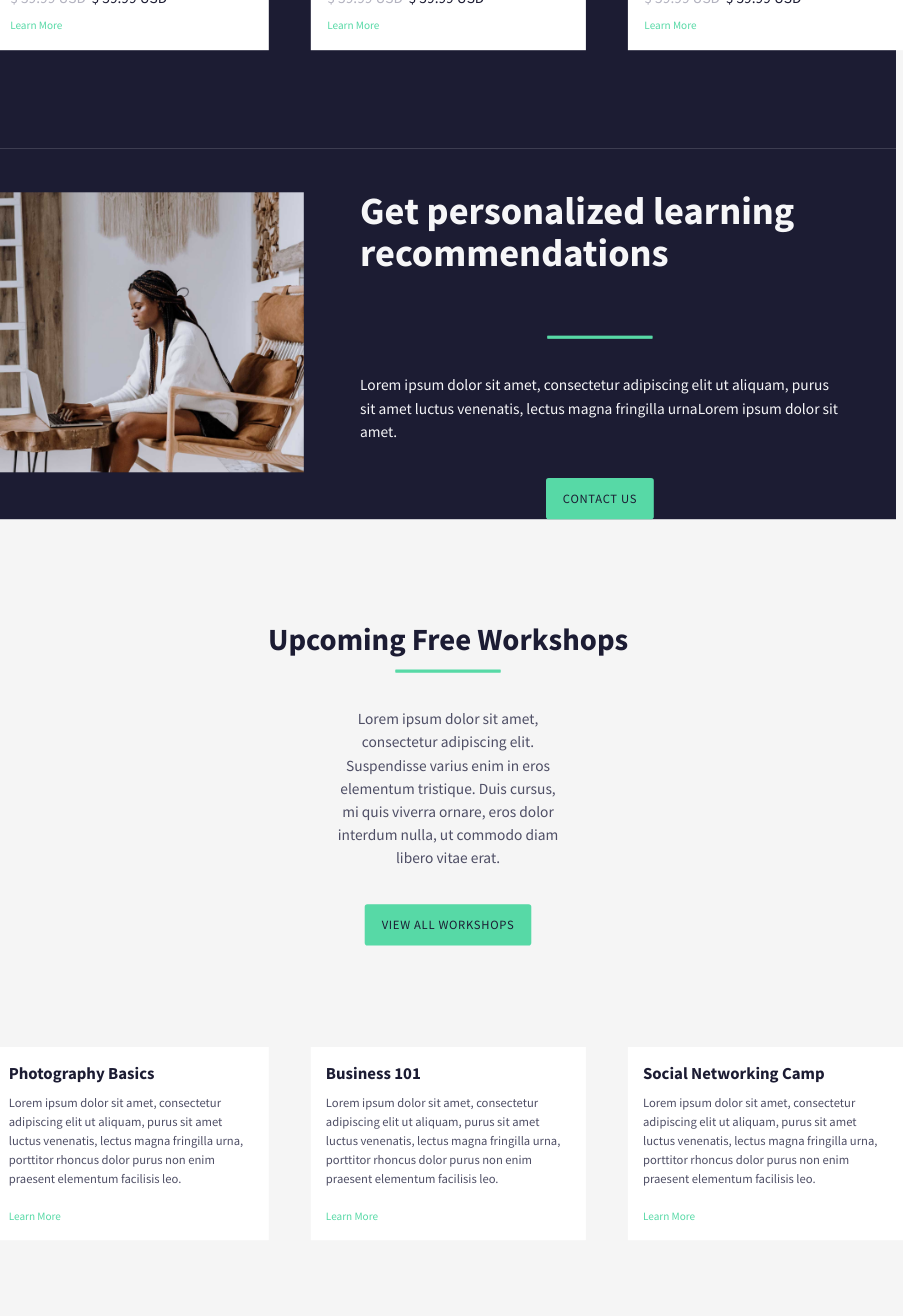
Repository: saidabbasun/skillz
Page: /
The author's editor kept a copy of each file at every save. The page is drawn from the files as they stood at one save, then again after a run of saves.
The browser window is 1280 px wide. The page is 1290 px wide, so the pictures cover 1290 px, including what lies to the right of the window. The pictures show the part of the page from y = 2104 to 3984 px (the page is 4526 px tall before and 4476 px after), at 70% of full size.
The project was rebuilt for these pictures with package versions that can differ from the ones it lists, and the page was loaded fresh each time.

Above is the page before, as saved 2022-06-13 14:51:15.

### public/index.html
<!DOCTYPE html>
<html lang="en">
  <head>
    <meta charset="utf-8" />

    <meta name="viewport" content="width=device-width, initial-scale=1" />
    <meta name="theme-color" content="#000000" />
    <link rel="stylesheet" href="https://unicons.iconscout.com/release/v4.0.0/css/line.css">
    <link rel="stylesheet" href="path/to/font-awesome/css/font-awesome.min.css">
    <title>React App</title>
  </head>
  <body>

    <div id="root"></div>

  </body>
</html>

### src/index.js
import React from 'react';
import ReactDOM from 'react-dom/client';
import { BrowserRouter } from "react-router-dom";
import App from './App';


const root = ReactDOM.createRoot(document.getElementById('root'));
root.render(
  <BrowserRouter>
    <App />
  </BrowserRouter>
);

### src/App.js
import Courses from './Components/Courses/Courses';
import Header from './Components/Header';
import Home from './Components/Home';
import Workshops from './Components/Workshops/Workshops';
import './styles/Globl/collection.scss';

function App() {
  return (
    <div>
    <Header/>
    <Home/>
    <Courses/>
    <Workshops/>
    </div>
  );
}

export default App;

### src/Components/Courses/Courses.jsx
import React from "react";
import {Link} from 'react-router-dom'
import Cart from "./Cart";
import ContactUs from '../../assets/images/Contact.png'

const Courses = () => {
  return (
    <div className="container">
        <div className="coursesWrap">

      <div className="coursesTitle">Featured Courses
      <hr className="coursesHr" />
      </div>

      <div className="coursesText">
        Lorem ipsum dolor sit amet, consectetur adipiscing elit. Suspendisse
        varius enim in eros elementum tristique. Duis cursus, mi quis viverra
        ornare, eros dolor interdum nulla, ut commodo diam libero vitae erat.
      </div>
      <Link to={`/`} className="homeBtn ">
      View All Courses
                </Link>
        </div>
        <div className="cartWrap">
       <Cart />
       <Cart/>
       <Cart/>
        </div>
        <div className="contactUs">
          <div className="contactLeftWrap">
          <img src={ContactUs} className='contactImg' alt="Contact us" />
          </div>

          <div className="contactRightWrap">
          <p className='homeTitle'>Get personalized learning recommendations

          </p>
          <hr className="coursesHr" />

                <p className="homeText contactText">Lorem ipsum dolor sit amet, consectetur adipiscing elit ut aliquam, purus sit amet luctus venenatis, lectus magna fringilla urnaLorem ipsum dolor sit amet.</p>

                <Link to={`/`} className="homeBtn">
                Contact Us
                </Link>
            </div>
          </div>
        </div>

  );
};

export default Courses;

### src/Components/Header.jsx
import React from 'react'

import { Link } from 'react-router-dom';
import Logo from '../assets/images/Logo.svg';
const Header = () => {
  return (
    <div>
        <div className="topDiscount">
            <p>One week only—50% off all courses with code 50OFF at checkout</p>
        </div>
        <div className="container">
            <div className="navbar">
                <Link  to={`/`}>
                <img src={Logo} alt="logo" />
                </Link>
                <div className="navbarNav">
                    <div className="navItem">
                        <Link  to={`/`} className='navLink'>Courses</Link>
                    </div>
                    <div className="navItem">
                        <Link  to={`/`} className='navLink'>Free Workshops</Link>
                    </div>
                    <div className="navItem">
                        <Link  to={`/`} className='navLink'>Blog</Link>
                    </div>
                    <div className="navItem">
                        <Link  to={`/`} className='navLink'>About</Link>
                    </div>
                    <div className="navItem">
                        <Link  to={`/`} className='navLink'>Contact</Link>
                    </div>
                </div>
                <div className="storWrapper">
                <Link  to={`/`}>
                <i className ="uil uil-shopping-cart stor"></i>
                </Link>
                     <div className="count">
                        <p>0</p>
                     </div>
                </div>
            </div>
        </div>
    </div>
  )
}

export default Header

### src/Components/Home.jsx
import React from 'react'
import { Link } from 'react-router-dom'

const Home = () => {
  return (
    <div className='container'>
        <div className="row">
            <div className="col5">
                <div className="CourseHome">
                    Featured Course
                </div>
                <p className='homeTitle'>Run your own online learning platform</p>
                <p className="homeText">A deep-dive on the Instagram algorythm, hashtags, content strategy, and branding.</p>
                <p className="homeAfter">Kathryn Murphy</p>
                <Link to={`/`} className="homeBtn">
                Learn More
                </Link>
            </div>
            <div className="col7">
            <div className="waveLine"></div>
                <div className="bgRectangle">

                    <div className="Rectangle1"></div>
                    <div className="Rectangle2"></div>
                    <div className="Rectangle3"></div>


                </div>
            </div>
        </div>

    </div>
  )
}

export default Home

### src/Components/Workshops/Workshops.jsx
import React from 'react'
import {Link} from 'react-router-dom';
import { Swiper, SwiperSlide } from "swiper/react";
import "swiper/css";
import "swiper/css/pagination";
import "swiper/css/navigation";

// import required modules
import { Autoplay, Pagination } from "swiper";


const Workshops = () => {

   const  listCart=[
    'Photography Basics' ,
'Business 101',
'Social Networking Camp']
  return (
    <>
    <div className='container'>
         <div className=" workshopsWrap">

<div className="coursesTitle Title ">Upcoming Free Workshops
<hr className="coursesHr" />
</div>

<div className="coursesText Text">
  Lorem ipsum dolor sit amet, consectetur adipiscing elit. Suspendisse
  varius enim in eros elementum tristique. Duis cursus, mi quis viverra
  ornare, eros dolor interdum nulla, ut commodo diam libero vitae erat.
</div>
<Link to={`/`} className="homeBtn ">
View All Workshops
          </Link>
  </div>
    </div>
    <div className="cartWrap workshopsCart">
   {listCart.map((data ,ind)=>(

       <div key={ind} className="cart">
           <p className="cartTitle">
           {data}
           </p>
           <p className="cartText">
           Lorem ipsum dolor sit amet, consectetur adipiscing elit ut aliquam, purus sit amet luctus venenatis, lectus magna fringilla urna, porttitor rhoncus dolor purus non enim praesent elementum facilisis leo.
           </p>
           <Link to={`/`} className='cartLink'>Learn More</Link>

   </div>
   ))}
   </div>
   <div className="caruselWrapper">
   <Swiper
        spaceBetween={50}
        centeredSlides={true}
        autoplay={{
          delay: 3500,
          disableOnInteraction: false,
        }}
        pagination={{
          clickable: true,
        }}

        modules={[Autoplay, Pagination]}
        className="mySwiper"
      >
        <SwiperSlide>
        <i className="uil uil-star"></i>
            <div className="caruselText">


            “Kate’s courses are a game changer. She’s thorough, organized, and explains things in a no-nonsense way that makes it easy for anyone—beginners to experts—to learn something from her courses and take their game to the next level.”
            </div>
            <div className="caruselAfter">
            James Brown, Influencer
            </div>
        </SwiperSlide>
        <SwiperSlide>
        <i className="uil uil-star"></i>
        <div className="caruselText">

                        “Kate’s courses are a game changer. She’s thorough, organized, and explains things in a no-nonsense way that makes it easy for anyone—beginners to experts—to learn something from her courses and take their game to the next level.”

            “Kate’s courses are a game changer. She’s thorough, organized, and explains things in a no-nonsense way that makes it easy for anyone—beginners to experts—to learn something from her courses and take their game to the next level.”
            </div>
            <div className="caruselAfter">
            James Brown, Influencer
            </div>
        </SwiperSlide>

      </Swiper>
   </div>
    </>
  )
}

export default Workshops

### src/styles/Globl/collection.scss
@import './globl';
@import './variables.scss';
@import './mixin';
@import '../Globl/font-face.scss';
@import '../Header.scss';
@import '../Home.scss';
@import '../Courses.scss';
@import '../Workshops.scss';

### src/Components/Courses/Cart.jsx
import React from 'react'
import {Link} from 'react-router-dom';
import Course from '../../assets/images/Course1.png'
const Cart = () => {
  return (
    <div className='cart'>
   <img className='cartImg' src={Course} alt="img" />
   <div className="cartBody">

      <div className="cartText">
      How to Increase Your Engagement on Instagram
      </div>
      <div className="homeAfter">
      Katie Murphy
      </div>
      <div className="PriceWrap">


      <div className="Price oldPrice">
      $ 59.99 USD
      </div>
      <div className="Price ">
      $ 59.99 USD
      </div>
      </div>
      <Link to={`/`} className='cartLink'>Learn More</Link>
   </div>
    </div>
  )
}

export default Cart

### src/styles/Globl/_globl.scss

@import './variables.scss';
*{
    box-sizing: border-box;
    padding: 0;
    margin: 0;
    font-family:SourceSansProRegular ;
    color: $color_bg_title;
}
body{
    background-color: $color_body;
}
.container{
    margin: 0 auto;


}

### src/styles/Globl/variables.scss
$color_btn:#57D9A6;
$color_body:#F5F5F5;
$color_bg_title:#1C1C33;
$text_footer: #F6F6F8;
$color_text:#4E4E65;
$color_white:#FFFFFF;
$color_cartBg:#FC5468;
$rastangle_size:100px;

### src/styles/Globl/_mixin.scss
@import '../Globl/variables.scss';
@mixin flexbox {
    display: flex;
    align-items: center;
}
@mixin Rectangle($radius,$namber) {

 position: absolute;

    width:  calc(#{$rastangle_size}  *#{$namber});
    height:  calc(#{$rastangle_size}  * #{$namber});
     border-radius: 50%;
     border-top-right-radius: $radius;
     background-color: $color_btn;
     box-shadow: 14px 14px 20px rgba(28, 28, 51, 0.5);
}

### src/styles/Globl/font-face.scss


@font-face {
    font-family: SourceSansProRegular;

    src:  url('../../assets/fontFamily/SourceSansPro-Regular.ttf');
  }
  @font-face {
    font-family: SourceSansProBold;

    src:  url('../../assets/fontFamily/SourceSansPro-Bold.ttf');
  }
  @font-face {
    font-family: SourceSansProItalic;

    src:  url('../../assets/fontFamily/SourceSansPro-Italic.ttf');
  }

### src/styles/Header.scss
@import './Globl/variables.scss';
@import './Globl/mixin';
.topDiscount{
    background-color:$color_btn;
    font-weight: 400;
font-size: 18px;
text-align: center;

padding: 8px 0;

}
.navbar{
    @include flexbox;
    background-color:$color_bg_title;
    justify-content:space-between;
    padding: 24px 82px;
}
.navbarNav{
    @include flexbox;
 column-gap: 40px;
}

.navLink{

    font-weight: 400;
font-size: 17px;
    text-decoration: none;
    color: $text_footer;
}
.storWrapper{
    position: relative;
}
.stor{
    color:$color_white;
    font-size: 40px;


}
.count{
    padding:0  6px;
    background-color: $color_cartBg;
    color: $color_white;
    position: absolute;
    border-radius: 50%;
    font-size: 11px;
    line-height: 18px;
    position: absolute;
    top: 3px;
    right: 0;

}

### src/styles/Home.scss
@import './Globl/variables.scss';
@import './Globl/mixin';
.row{

    padding:0 0 120px 82px;
 @include flexbox;

 background-color: $color_bg_title;
}
.col5{
    width: 35%;

    color: $text_footer;
}
.CourseHome{
   width: 150px;
   padding: 7px 0;
    font-weight: 400;
font-size: 16px;
letter-spacing: 1px;
text-transform: uppercase;
color: $text_footer;
border-bottom: 2px solid $color_btn;
}
.homeTitle{
    font-family: SourceSansProBold;
    padding: 59px 0 22px;
    font-weight: 700;
font-size: 55px;
line-height: 60px;
color: $text_footer;
}
.homeText{
    line-height: 33px;
font-weight: 400;
font-size: 22px;
color: $text_footer;
}
.homeAfter{
    margin: 22px 0 48px ;
    font-weight: 400;
font-size: 17px;
line-height: 27px;
color: #B2B2BF;
}
.homeBtn{

    font-weight: 400;
font-size: 18px;
line-height: 27px;
padding: 16px 24px;
letter-spacing: 1px;
text-transform: uppercase;
background-color: $color_btn;
color: $color_bg_title;
text-decoration: none   ;
border-radius: 4px;
}

.col7{
    position: relative;
    width: 60%;

    padding-top: 200px;
}

.bgRectangle{
position: relative;

 margin: 0 auto;
   width:calc(#{$rastangle_size} * 6.2);
    height: calc(#{$rastangle_size}  * 6.2);
    filter: drop-shadow(21px 21px 30px rgba(28, 28, 51, 0.4));
    border-radius: 50%;
    border-top-left-radius: 8px;

    background-image: url(../assets/images/homeImg.png);
}
    .waveLine{
      position: absolute;
      top: 150px;
      left: 90px;
        width: calc(#{$rastangle_size} * 3.5);
        height:calc(#{$rastangle_size}*2.38);
        background-image: url(../assets/images/Line.png);
        background-repeat: repeat-y;
        background-position: center;
    }
    .Rectangle1{
        @include Rectangle(6px,1) ;
      transform: rotate(-90deg);
        top: -50px;
        left: 300px;
    }
    .Rectangle2{
        @include Rectangle(16px,1.5) ;
       top: -20px;
       right: 45px;

    }
    .Rectangle3{
        @include Rectangle(36px,3.4) ;
        right: -100px;
        bottom: 20px;
    }

### src/styles/Courses.scss
@import './Globl/variables.scss';
.coursesWrap{
    background-color: $color_bg_title;
    padding: 80px 82px;
    display: flex;
    justify-content: center;
    flex-direction: column;
    align-items: center;
}
.coursesTitle{
    font-family: SourceSansProBold;
    color:$text_footer ;
    font-weight: 700;
font-size: 44px;
line-height: 53px;

}
.coursesHr{
    margin: 0 auto;
    width: 150px;
    background-color: $color_btn;
    border:2px solid  $color_btn;
    margin-top: 17px;

}
.coursesText{
    font-weight: 400;
font-size: 22px;
line-height: 33px;
color:$text_footer ;
text-align: center;
padding: 50px 400px;

}
.cartWrap{
    display: grid;
    align-items: center;
    grid-template-columns:repeat(3,auto);
    justify-content: center;
    gap: 60px;
    background-color: $color_bg_title;
    padding: 0 82px 140px;

}
.cart{
    width: 393px;
    background-color: $color_white;
}
.cartImg{

    height: 197px;
}
.cartBody{
    padding: 22px 90px 25px 24px;
}
.cartText{
    font-weight: 400;
font-size: 24px;
line-height: 29px;

}
.homeAfter{
    font-weight: 400;
font-size: 17px;
line-height: 27px;
color: $color_text;

}
.PriceWrap{
    display: flex;
    column-gap: 8px;
    padding: 8px 0 15px ;
}
.Price{
    font-weight: 400;
font-size: 22px;


}
.oldPrice{
    color: #B2B2BF;
}
.cartLink{
    font-weight: 400;
font-size: 16px;
line-height: 21px;
color: #57D9A6;
text-decoration: none;
}
.contactUs{
    display: flex;
    align-items: center;
    justify-content: center;
    background-color: $color_bg_title;
}
.contactLeftWrap{
    width: 70%;
}
.contactRightWrap{
    padding: 0 80px;
    display: flex;
    justify-content: center;
    flex-direction: column;
    align-items: center;
    row-gap: 50px;
}
.contactHr{
    width: 150px;
    background-color: $color_btn;
    border: 2px solid $color_btn;
    margin-top: 16px;
}
.contactImg{
    width: 100%;
}
.contactText{

}

### src/styles/Workshops.scss
@import './Globl/variables.scss';
.workshopsWrap{
    padding: 145px 82px;
    display: flex;
    justify-content: center;
    flex-direction: column;
    align-items: center;

    .Title{
        color: $color_bg_title;
    }
    .Text{
        color: $color_text
    }
}
.workshopsCart{
    background-color: transparent;
    .cart{
        padding: 22px 36px 24px 22px;

    }
    .cartTitle{
        font-family: SourceSansProBold;
        font-weight: 700;
font-size: 24px;
line-height: 29px;
    }
    .cartText{
        font-weight: 400;
font-size: 18px;
line-height: 27px;
color: $color_text;
padding: 15px 0 30px;
    }
}
.caruselWrapper{
    padding: 82px 117px 300px  117px;
    background-color: $color_btn;
    padding: 40px 0;
    text-align: center;
}
.caruselText{
    padding: 40px 500px;
}
.caruselAfter{
    padding-bottom: 70px;
}

After the next 2 saves:
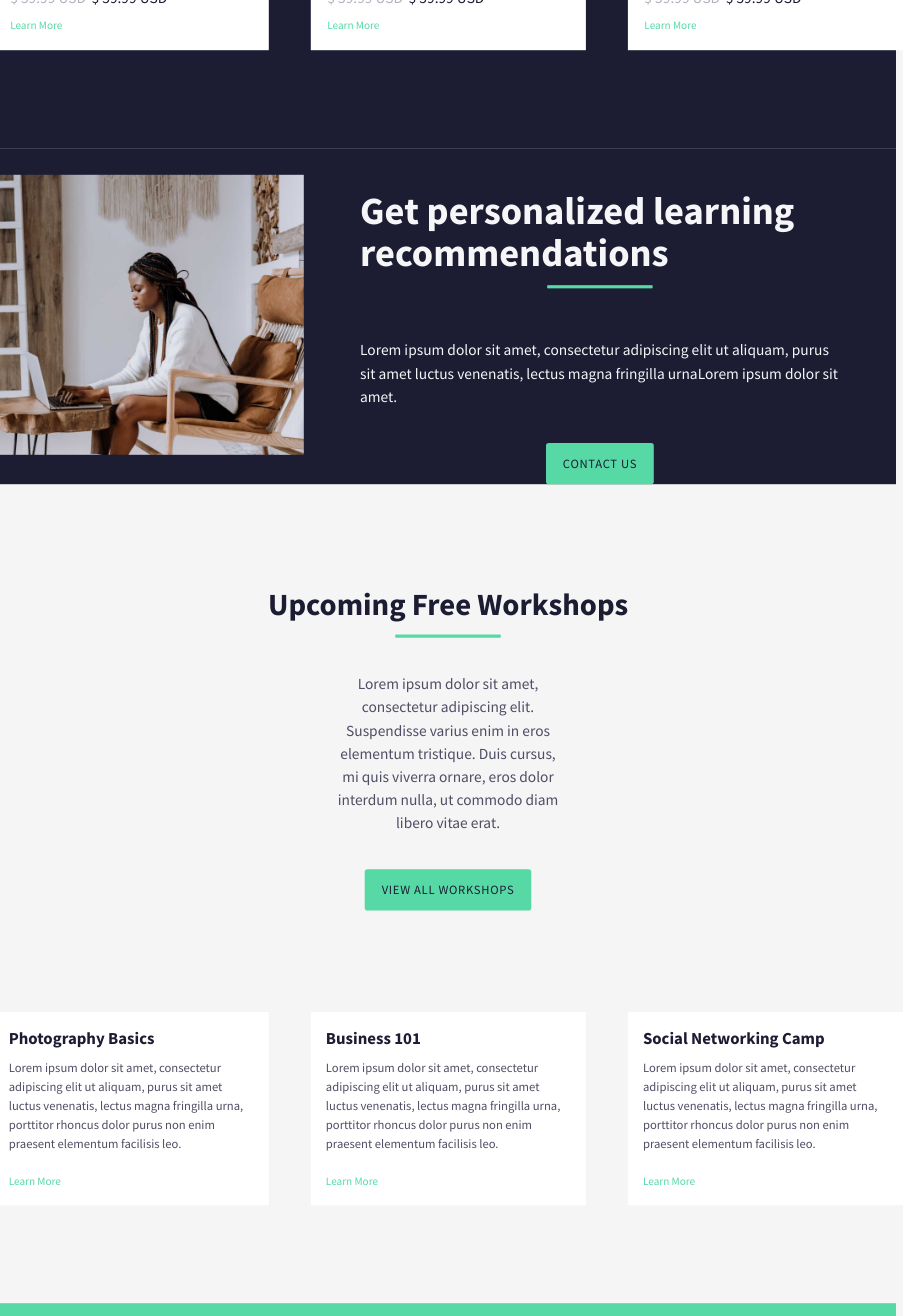
The 2 saves are shown as one change because they came seconds apart.
The last was saved 11 s later.
--- a/src/Components/Courses/Courses.jsx
+++ b/src/Components/Courses/Courses.jsx
@@ -33,9 +33,9 @@
 
           <div className="contactRightWrap">
           <p className='homeTitle'>Get personalized learning recommendations
+          <hr className="coursesHr" />
+          </p>
 
-          </p>
-          <hr className="coursesHr" />
 
                 <p className="homeText contactText">Lorem ipsum dolor sit amet, consectetur adipiscing elit ut aliquam, purus sit amet luctus venenatis, lectus magna fringilla urnaLorem ipsum dolor sit amet.</p>
 

After the 6 saves that followed:
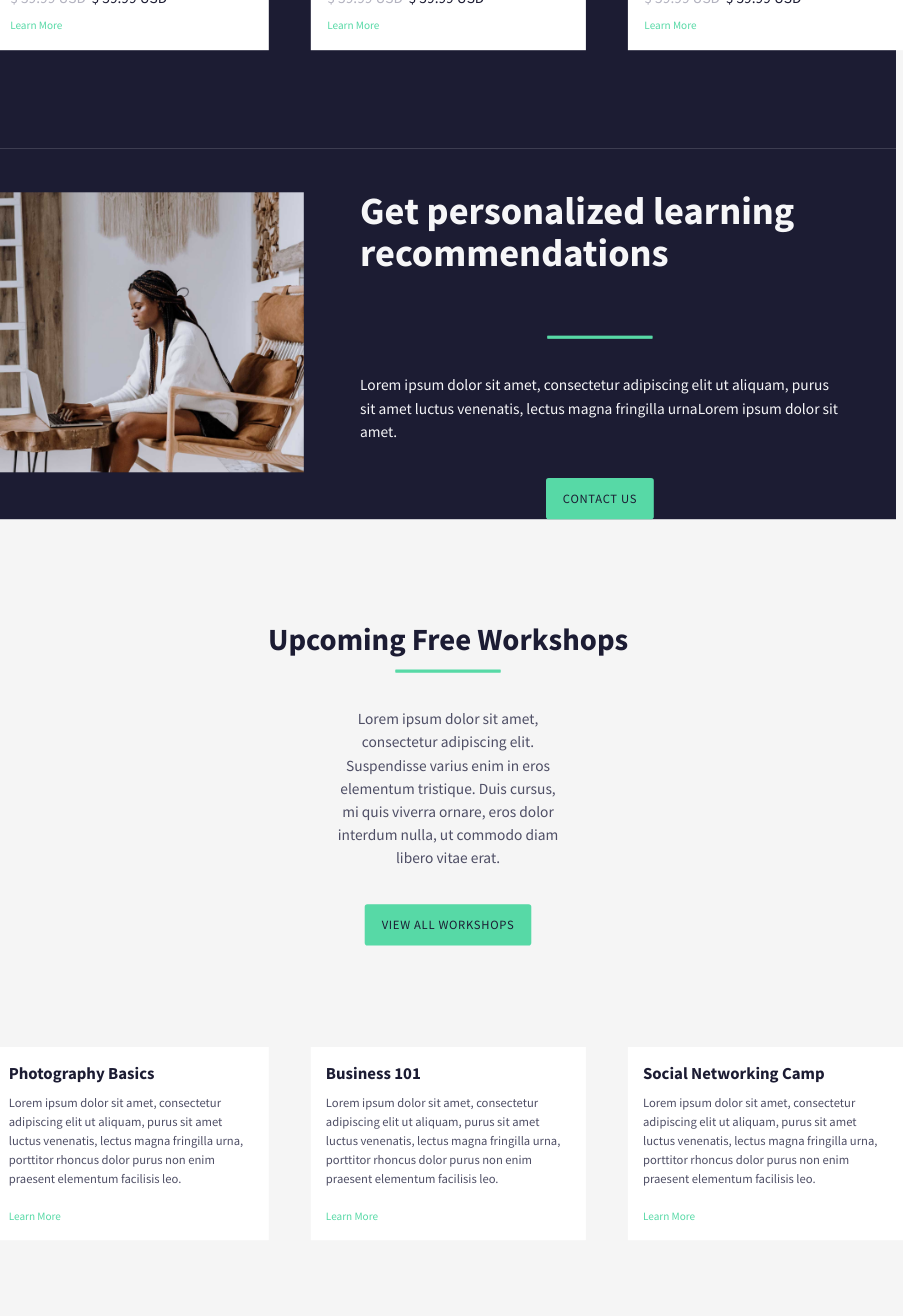
The 6 saves are shown as one change because 3 left the picture as it was and some came seconds apart.
The last was saved 107 s later.
--- a/src/Components/Courses/Courses.jsx
+++ b/src/Components/Courses/Courses.jsx
@@ -32,10 +32,10 @@
           </div>
 
           <div className="contactRightWrap">
-          <p className='homeTitle'>Get personalized learning recommendations
+          <div className='homeTitle'>Get personalized learning recommendations
+
+          </div>
           <hr className="coursesHr" />
-          </p>
-
 
                 <p className="homeText contactText">Lorem ipsum dolor sit amet, consectetur adipiscing elit ut aliquam, purus sit amet luctus venenatis, lectus magna fringilla urnaLorem ipsum dolor sit amet.</p>
 
